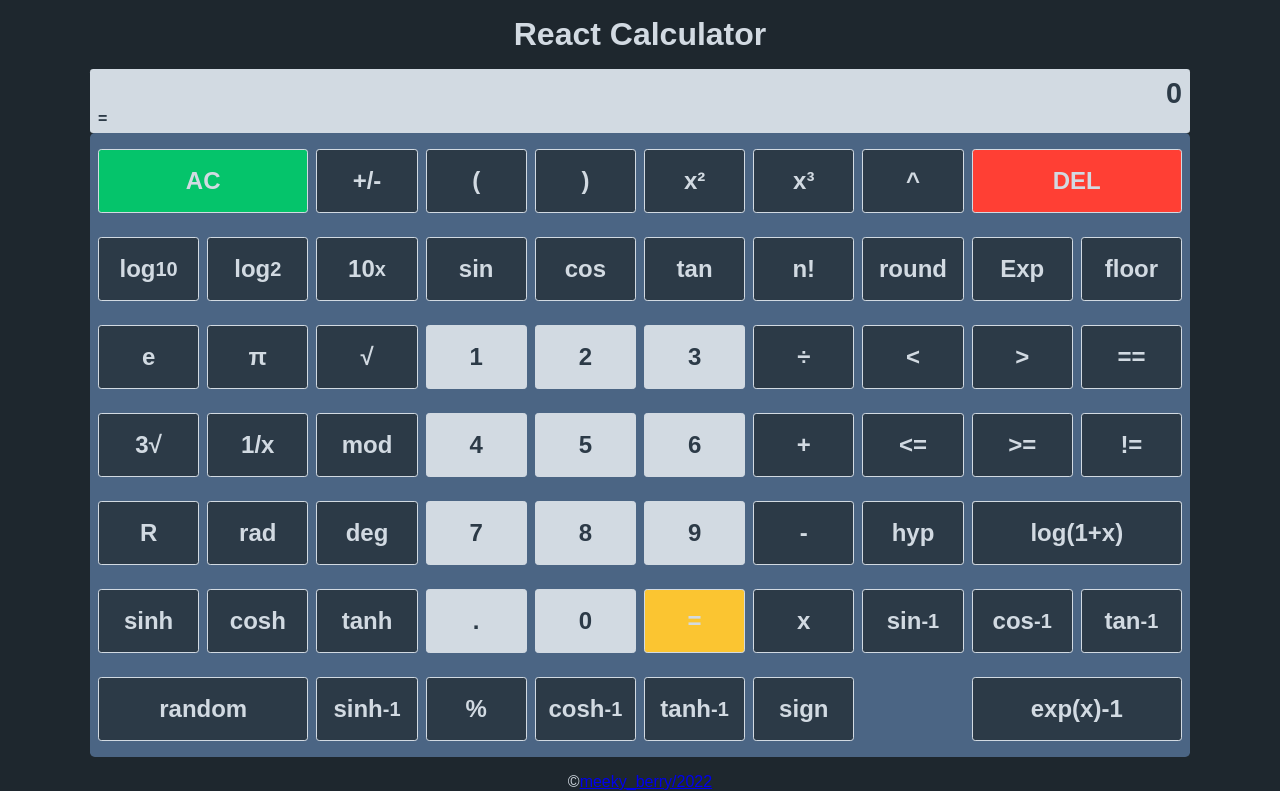
Repository: MikkyPrestige/calculator
Page: /
The author's editor kept a copy of each file at every save. The page is drawn from the files as they stood at one save, then again after the next save.
The browser window is 1280 px wide. The pictures show the whole page.
The project was rebuilt for these pictures with package versions that can differ from the ones it lists, and the page was loaded fresh each time.

Above is the page before, as saved 2022-11-18 04:47:49.

After the next save:
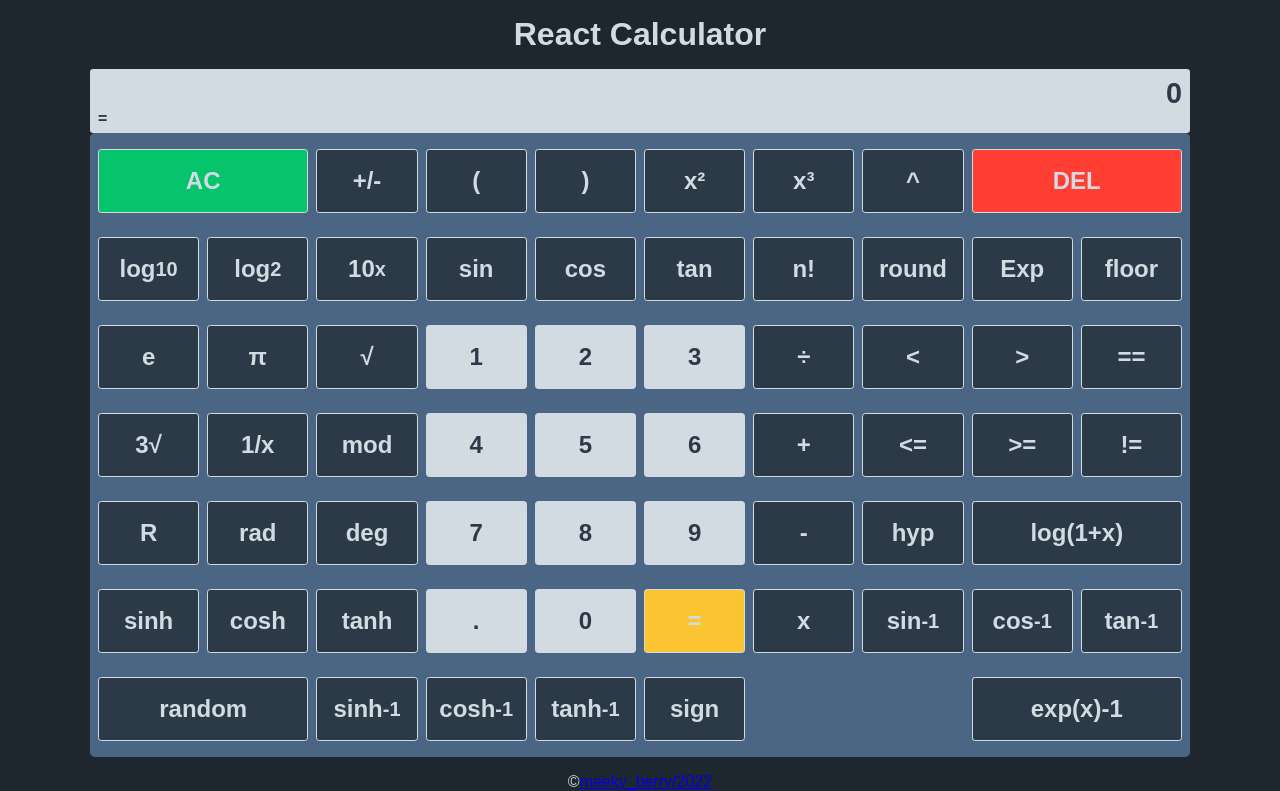
Saved 34 s later.
--- a/src/index.css
+++ b/src/index.css
@@ -287,7 +287,7 @@ body {
 }
 
 .percentage {
-  grid-column: 4 / 5;
+  grid-column: 9 / 10;
   grid-row: 7 / 8;
 }
 
